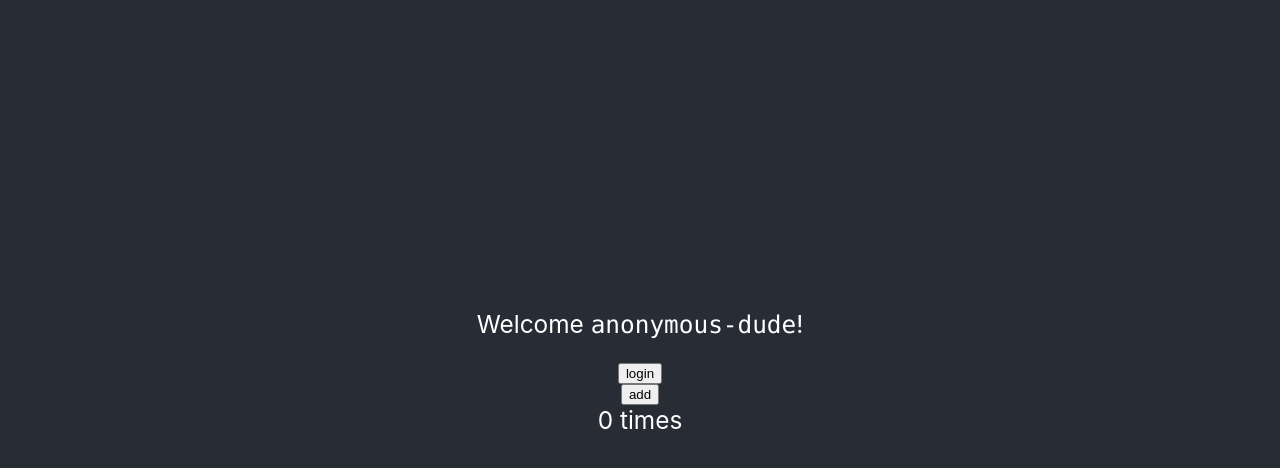
Repository: the3dsandwich/Smartone-Hackathon-2019
Page: /
The author's editor kept a copy of each file at every save. The page is drawn from the files as they stood at one save, then again after the next save.
The browser window is 1280 px wide. The pictures show the whole page.
Some web libraries are served in a nearby version. The project was rebuilt for these pictures with package versions that can differ from the ones it lists, and the page was loaded fresh each time. Also part of the build but not shown: src/components/Main.css, src/components/MapContainer.css, src/components/MapContainer.js, src/components/Main.js, src/components/dev.js.

Above is the page before, as saved 2019-10-26 11:41:16.

### src/App.js
// always import React from "react" to declare that this is react stuff
import React, { useState, useEffect } from "react";
// importing firebase only for firebase.initializeApp()
// importing other modules using curly brackets {}
import firebase, { auth } from "firebase";
// imports config for firebase
import { config } from "./firebase/firebase-config";
// separating css for every component
import "./App.css";
// import sub-components
import { Main } from "./components/Main";
import { Dev } from "./components/dev";

export const App = () => {
  const [appLoading, setAppLoading] = useState(true);
  const [isLoggedin, setIsLoggedin] = useState(false);
  const [test, testplus] = useState(0);

  // dev component toggle
  const [openDevComponent, setOpenDevComponent] = useState(false);

  // this block runs when this component (<App/>) mounts
  // sets up firebase and listener for authentication
  useEffect(() => {
    // initialize app with firebase.initializeApp()
    firebase.initializeApp(config);
    // set app loading state to false
    setAppLoading(false);

    // returns listener for authentication state change.
    // returning listener in useEffect unmounts this listener
    // when this component (<App/>) unmounts
    return auth().onAuthStateChanged(user => {
      if (user) {
        // user is logged in
        setIsLoggedin(true);
      } else {
        // user is signed out
        setIsLoggedin(false);
      }
    });
  }, []);

  // this block runs when this component (<App/>) mounts
  // pressing "d" toggles development component
  useEffect(() => {
    const handleD = e => {
      if (e.key === "d") {
        setOpenDevComponent(!openDevComponent);
      }
    };
    // adds event listener for pressing "d"
    window.addEventListener("keydown", handleD);
    // removes event listener on component unmount
    return () => {
      window.removeEventListener("keydown", handleD);
    };
  });

  // this block runs when isLoggedin changes
  // logs isLoggedin to console
  useEffect(() => {
    console.log("[App.js] isLoggedin changed to", isLoggedin);
  }, [isLoggedin]);

  useEffect(() => {
    return () => {
      testplus(test => 0);
    };
  }, []);

  // display rendering logic
  if (appLoading) {
    // app is loading
    return (
      <div className="App">
        <header className="App-header">
          <p>Loading...</p>
        </header>
      </div>
    );
  } else if (openDevComponent) {
    // dev component opens with "d" press
    return <Dev />;
  } else if (isLoggedin) {
    // user is logged in
    return <Main />;
  } else {
    // user is signed out
    return (
      <div className="App">
        <header className="App-header">
          <p>
            Welcome <code>anonymous-dude</code>!
          </p>
          <button onClick={() => auth().signInAnonymously()}>login</button>
          <button onClick={() => testplus(test => test + 1)}>add</button>
          {test} times
        </header>
      </div>
    );
  }
};

### src/firebase/firebase-config.js
const config = {
  apiKey: "AIzaSyC0QDjq-D89lrbHQH8QP6ONwQ1RJAiIujM",
  authDomain: "tag-my-map.firebaseapp.com",
  databaseURL: "https://tag-my-map.firebaseio.com",
  projectId: "tag-my-map",
  storageBucket: "tag-my-map.appspot.com",
  messagingSenderId: "806608220148",
  appId: "1:806608220148:web:01658ce07a8da5e9b613a1",
  measurementId: "G-J4H71KZCE5"
};

export { config };

Loaded but not shown: public/index.html (common file); src/index.js (common file); src/index.css (common file); src/serviceWorker.js (common file); src/App.css (common file)

After the next save:
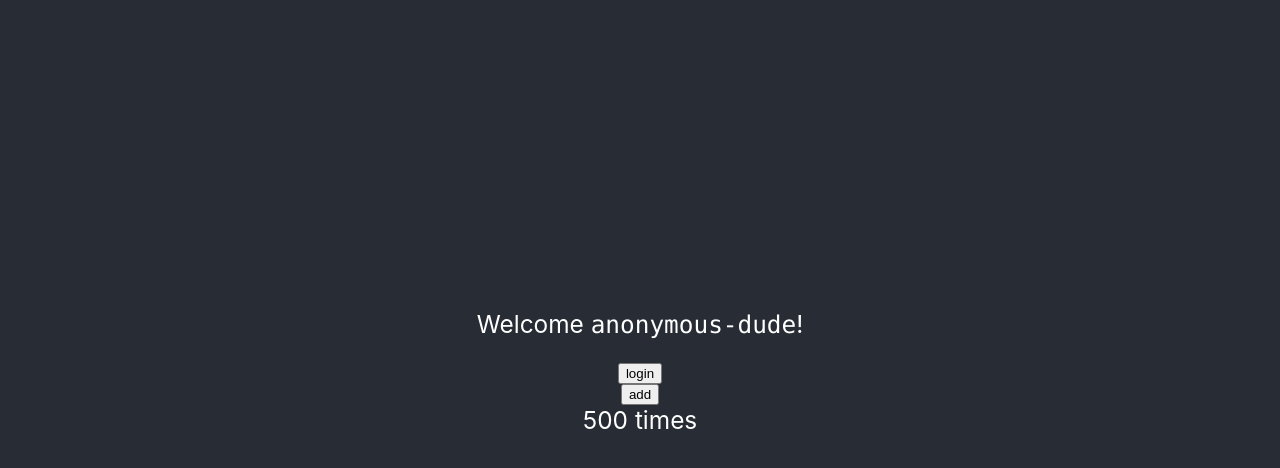
Saved 18 s later.
--- a/src/App.js
+++ b/src/App.js
@@ -64,6 +64,7 @@
   }, [isLoggedin]);
 
   useEffect(() => {
+    testplus(test => 500);
     return () => {
       testplus(test => 0);
     };

After the 3 saves that followed:
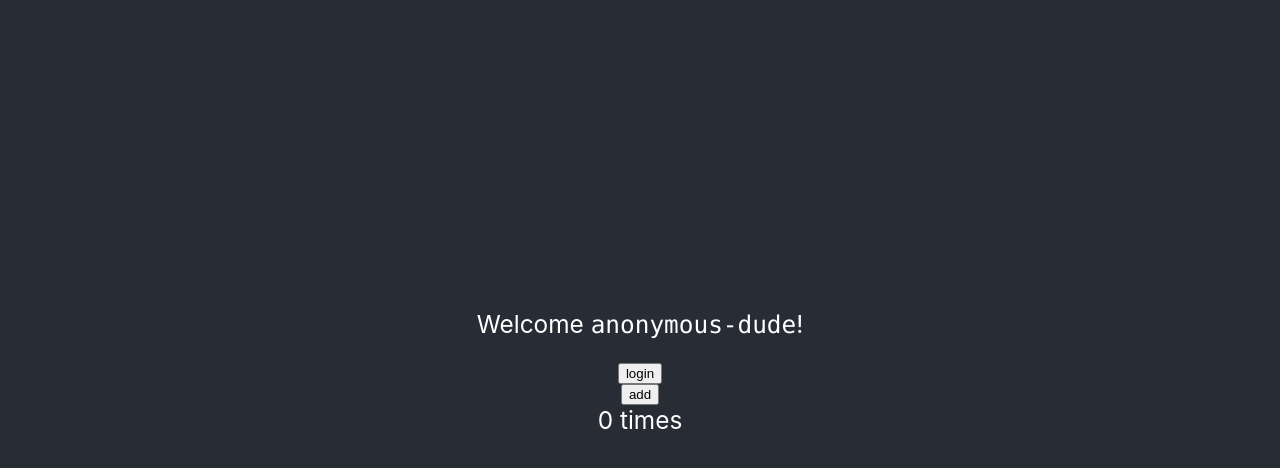
The 3 saves are shown as one change because 1 did not build or start and 1 left the picture as it was.
The last was saved 111 s later.
--- a/src/App.js
+++ b/src/App.js
@@ -64,10 +64,7 @@
   }, [isLoggedin]);
 
   useEffect(() => {
-    testplus(test => 500);
-    return () => {
-      testplus(test => 0);
-    };
+    console.log("click ", test);
   }, []);
 
   // display rendering logic
